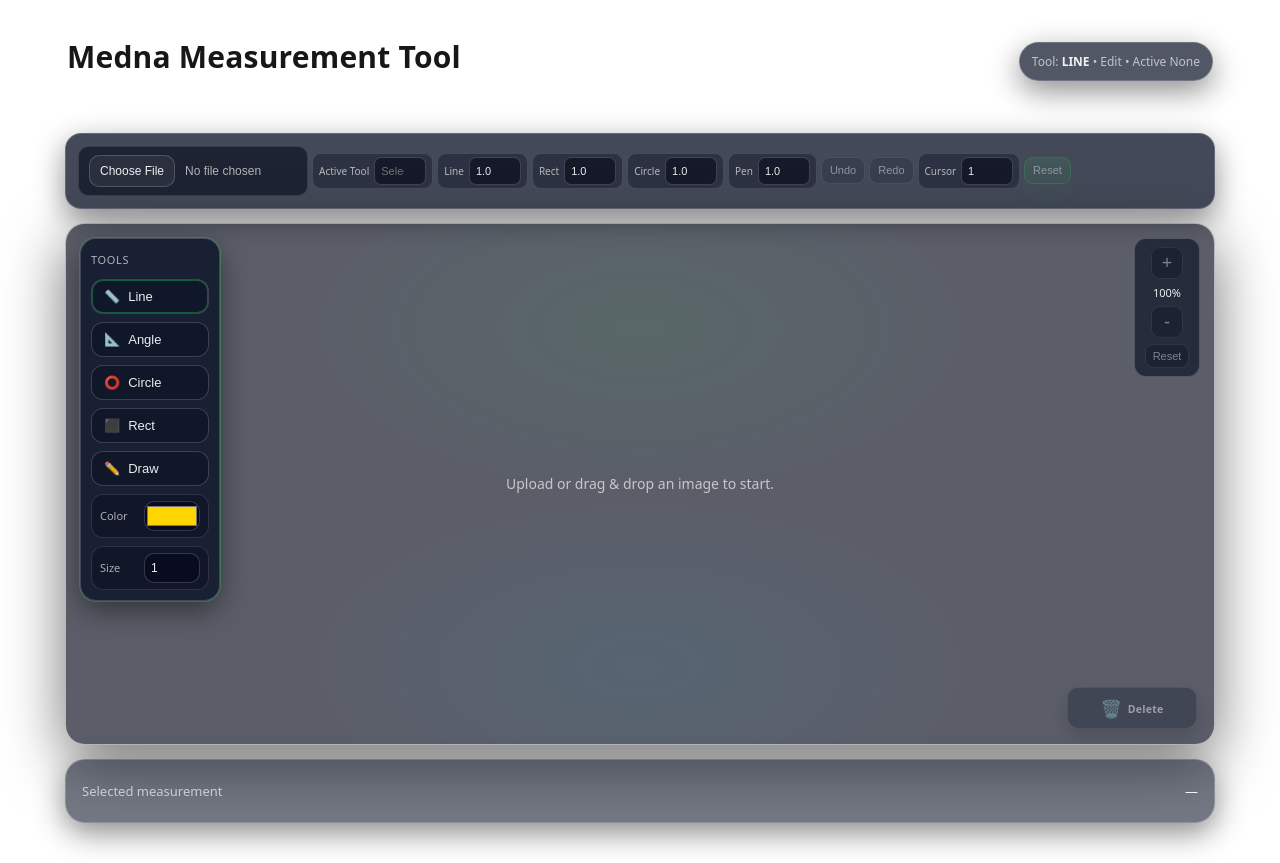
Repository: Sumaiya43/medna-tools
Page: /
The author's editor kept a copy of each file at every save. The page is drawn from the files as they stood at one save, then again after the next save.
The browser window is 1280 px wide. The pictures show the whole page.
The project was rebuilt for these pictures with package versions that can differ from the ones it lists, and the page was loaded fresh each time. The framework's server and built-in components were replaced by stand-ins that run in the browser. Also part of the build but not shown: next.config.mjs.

Above is the page before, as saved 2026-02-27 00:45:49.

### src/app/layout.js
import { Geist, Geist_Mono } from "next/font/google";
import "./globals.css";

const geistSans = Geist({
  variable: "--font-geist-sans",
  subsets: ["latin"],
});

const geistMono = Geist_Mono({
  variable: "--font-geist-mono",
  subsets: ["latin"],
});

export const metadata = {
  title: "Medna Medical Equipment",
  description:
    "Medna Medical Equipment is a leading provider of high-quality medical equipment and supplies. We offer a wide range of products to meet the needs of healthcare professionals and institutions. Our commitment to excellence and customer satisfaction sets us apart in the industry.",
};

export default function RootLayout({ children }) {
  return (
    <html lang="en">
      <body className={`${geistSans.variable} ${geistMono.variable}`}>
        {children}
      </body>
    </html>
  );
}

### src/app/globals.css
:root {
  --background: #ffffff;
  --foreground: #171717;
}

@media (prefers-color-scheme: dark) {
  :root {
    --background: #f2efef;
    --foreground: #090808;
  }
}

html,
body {
  max-width: 100vw;
  overflow-x: hidden;
}

body {
  color: var(--foreground);
  background: var(--background);
  font-family: Arial, Helvetica, sans-serif;
  -webkit-font-smoothing: antialiased;
  -moz-osx-font-smoothing: grayscale;
}

* {
  box-sizing: border-box;
  padding: 0;
  margin: 0;
}

a {
  color: inherit;
  text-decoration: none;
}

@media (prefers-color-scheme: dark) {
  html {
    color-scheme: dark;
  }
}

### src/app/page.module.css
/* page.module.css */

:root {
  --bg: #070b14;
  --panel: rgba(15, 23, 42, 0.78);
  --panel2: rgba(15, 23, 42, 0.58);
  --stroke: rgba(255, 255, 255, 0.12);
  --stroke2: rgba(255, 255, 255, 0.18);
  --text: rgba(255, 255, 255, 0.92);
  --muted: rgba(255, 255, 255, 0.65);
  --muted2: rgba(255, 255, 255, 0.5);
  --accent: #2bff5a;
  --accent2: #00d1ff;
  --shadow: 0 18px 60px rgba(0, 0, 0, 0.55);
  --shadow2: 0 10px 30px rgba(0, 0, 0, 0.45);
  --r12: 12px;
  --r16: 16px;
  --r20: 20px;
}

.main {
  min-height: 100vh;
  padding: 28px 18px 40px;
  /* background:
    radial-gradient(
      900px 500px at 70% 15%,
      rgba(0, 209, 255, 0.1),
      transparent 60%
    ),
    radial-gradient(
      900px 500px at 20% 0%,
      rgba(43, 255, 90, 0.1),
      transparent 55%
    ),
    linear-gradient(180deg, rgba(7, 11, 20, 1), rgba(7, 11, 20, 0.96));
  color: var(--text); */
  font-family:
    ui-sans-serif,
    system-ui,
    -apple-system,
    "Segoe UI",
    Roboto,
    Arial,
    "Noto Sans";
}

.header {
  max-width: 1150px;
  margin: 0 auto 18px;
  display: flex;
  align-items: flex-start;
  justify-content: space-between;
  gap: 12px;
  padding: 8px 2px;
}

.title {
  margin: 0;
  font-size: 30px;
  font-weight: 700;
  letter-spacing: 0.2px;
}

.subtitle {
  margin: 8px 0 0;
  font-size: 15px;
  color: var(--muted);
  line-height: 1.45;
}

.badge {
  padding: 10px 12px;
  margin-top: 6px;
  border-radius: 999px;
  background: rgba(15, 23, 42, 0.72);
  border: 1px solid var(--stroke2);
  box-shadow: var(--shadow2);
  font-size: 12px;
  color: var(--muted);
  white-space: nowrap;
}

.badge b {
  color: var(--text);
}

.measureBar {
  max-width: 1150px;
  margin: 0 auto 14px;
  display: grid;
  grid-auto-flow: column;
  grid-auto-columns: max-content;
  gap: 4px;
  align-items: center;
  padding: 12px;
  border-radius: var(--r16);
  background: var(--panel);
  border: 1px solid var(--stroke2);
  box-shadow: var(--shadow2);
  backdrop-filter: blur(8px);
  overflow-x: auto;
  overflow-y: hidden;
  white-space: nowrap;
}

.measureBar > * {
  flex: 0 0 auto;
}

.measureBar .spacer {
  display: none;
}

/* keep upload as-is; compress all other controls in the measure bar */
.measureBar .btnPrimary,
.measureBar .btnGhost {
  padding: 7px 8px;
  border-radius: 9px;
  font-size: 11px;
  gap: 5px;
  white-space: nowrap;
}

.measureBar .label {
  min-width: 0 !important;
  gap: 5px;
  font-size: 10px;
  padding: 3px 6px;
  border-radius: 9px;
  white-space: nowrap;
}

.measureBar .smallInput {
  height: 28px;
  width: 52px;
  padding: 0 6px;
  border-radius: 7px;
  font-size: 11px;
}

.toolRailOverlay {
  position: absolute;
  left: 14px;
  top: 14px;
  z-index: 4;
  border-radius: var(--r16);
  background: rgba(15, 23, 42, 0.86);
  border: 1px solid var(--stroke2);
  box-shadow: var(--shadow2);
  backdrop-filter: blur(8px);
  padding: 10px;
  display: flex;
  flex-direction: column;
  gap: 8px;
  transition: width 0.18s ease;
}

.toolRailExpanded {
  width: 140px;
}

.toolRailCollapsed {
  width: 66px;
}

.toolRailCollapsed .toolBtn {
  justify-content: center;
  padding-left: 0;
  padding-right: 0;
}

.toolRailPinned {
  box-shadow:
    0 0 0 1px rgba(43, 255, 90, 0.25),
    var(--shadow2);
}

.railHeader {
  display: flex;
  align-items: center;
  justify-content: space-between;
  gap: 8px;
}

.railTitle {
  font-size: 11px;
  color: var(--muted);
  text-transform: uppercase;
  letter-spacing: 0.06em;
}

.railActions {
  display: flex;
  gap: 4px;
  opacity: 0;
  transform: translateY(-3px);
  pointer-events: none;
  transition:
    opacity 0.14s ease,
    transform 0.14s ease;
}

.toolRailOverlay:hover .railActions,
.toolRailOverlay:focus-within .railActions {
  opacity: 1;
  transform: translateY(0);
  pointer-events: auto;
}

.railBtn {
  width: 22px;
  height: 22px;
  border-radius: 8px;
  border: 1px solid var(--stroke2);
  background: rgba(2, 6, 23, 0.55);
  color: var(--text);
  font-size: 11px;
  cursor: pointer;
}

.railBtnActive {
  border-color: rgba(43, 255, 90, 0.6);
  background: rgba(43, 255, 90, 0.14);
}

.railBtnDanger {
  border-color: rgba(239, 68, 68, 0.6);
  background: rgba(127, 29, 29, 0.45);
  color: rgba(255, 226, 226, 0.98);
}

.railBtnDanger:hover {
  background: rgba(239, 68, 68, 0.24);
  border-color: rgba(248, 113, 113, 0.9);
}

.railExpandBtn {
  transition: transform 0.16s ease;
}

.railExpandOpen {
  transform: rotate(90deg);
}

.railShowBtn {
  position: absolute;
  top: 14px;
  left: 14px;
  z-index: 4;
  border-radius: 10px;
  border: 1px solid var(--stroke2);
  background: rgba(15, 23, 42, 0.84);
  color: var(--text);
  font-size: 12px;
  padding: 8px 10px;
  cursor: pointer;
}

.toolRailOverlay .label {
  width: 100%;
  justify-content: space-between;
  font-size: 11px;
  gap: 6px;
  padding: 6px 8px;
}

.toolRailOverlay .smallInput {
  min-width: 56px;
  width: 56px;
  height: 30px;
  padding: 0 6px;
  font-size: 12px;
}

.toolBtn {
  width: 100%;
  justify-content: flex-start;
}

.toolBtnActive {
  border-color: rgba(43, 255, 90, 0.65);
  background: rgba(43, 255, 90, 0.14);
  box-shadow: inset 0 0 0 1px rgba(43, 255, 90, 0.3);
}

.upload {
  max-width: 230px;
  color: var(--muted);
  font-size: 12px;
  padding: 8px 10px;
  border-radius: 10px;
  background: rgba(2, 6, 23, 0.55);
  border: 1px solid var(--stroke);
  outline: none;
}

.upload::file-selector-button {
  border: 1px solid var(--stroke2);
  background: rgba(255, 255, 255, 0.06);
  color: var(--text);
  padding: 8px 10px;
  border-radius: 10px;
  margin-right: 10px;
  cursor: pointer;
  transition:
    transform 0.12s ease,
    background 0.12s ease,
    border-color 0.12s ease;
}

.upload::file-selector-button:hover {
  background: rgba(255, 255, 255, 0.1);
  border-color: rgba(255, 255, 255, 0.25);
  transform: translateY(-1px);
}

.spacer {
  flex: 1;
}

.btnPrimary,
.btnGhost {
  border-radius: 12px;
  padding: 10px 12px;
  font-size: 13px;
  cursor: pointer;
  user-select: none;
  transition:
    transform 0.12s ease,
    background 0.12s ease,
    border-color 0.12s ease,
    box-shadow 0.12s ease;
  display: inline-flex;
  align-items: center;
  gap: 8px;
  line-height: 1;
  white-space: nowrap;
}

.btnPrimary {
  border: 1px solid rgba(43, 255, 90, 0.35);
  background: linear-gradient(
    180deg,
    rgba(43, 255, 90, 0.2),
    rgba(43, 255, 90, 0.1)
  );
  color: var(--text);
  box-shadow: 0 10px 28px rgba(43, 255, 90, 0.1);
}

.btnPrimary:hover {
  transform: translateY(-1px);
  border-color: rgba(43, 255, 90, 0.55);
  box-shadow: 0 14px 34px rgba(43, 255, 90, 0.16);
}

.btnGhost {
  border: 1px solid var(--stroke2);
  background: rgba(2, 6, 23, 0.35);
  color: var(--text);
}

.btnGhost:hover {
  transform: translateY(-1px);
  background: rgba(255, 255, 255, 0.06);
  border-color: rgba(255, 255, 255, 0.28);
}

.btnPrimary:disabled,
.btnGhost:disabled {
  opacity: 0.45;
  cursor: not-allowed;
  transform: none;
}

.label {
  display: inline-flex;
  min-width: 0 !important;
  align-items: center;
  gap: 8px;
  font-size: 12px;
  color: var(--muted);
  padding: 6px 10px;
  border-radius: 12px;
  background: rgba(2, 6, 23, 0.32);
  border: 1px solid var(--stroke);
}

.smallInput {
  height: 34px;
  padding: 0 10px;
  border-radius: 10px;
  border: 1px solid var(--stroke2);
  background: rgba(2, 6, 23, 0.55);
  color: var(--text);
  outline: none;
  font-size: 13px;
}

.smallInput:focus {
  border-color: rgba(43, 255, 90, 0.45);
  box-shadow: 0 0 0 4px rgba(43, 255, 90, 0.08);
}

.smallInput[type="color"] {
  padding: 0;
  width: 44px;
  /* min-width: 44px; */
}

.label input[type="checkbox"] {
  width: 18px;
  height: 18px;
  accent-color: var(--accent);
}

.canvasShell {
  max-width: 1150px;
  margin: 0 auto 14px;
  border-radius: var(--r20);
  overflow: hidden;
  border: 1px solid var(--stroke2);
  background: rgba(2, 6, 23, 0.35);
  box-shadow: var(--shadow);
  position: relative;
}

.canvas {
  width: 100%;
  height: 520px;
  display: block;
  cursor:
    url("data:[embedded picture, 352 characters]")
      14 14,
    crosshair;
  background: transparent;
}

.empty {
  position: absolute;
  inset: 0;
  display: grid;
  place-items: center;
  text-align: center;
  color: var(--muted);
  font-size: 14px;
  padding: 18px;
  background:
    radial-gradient(
      600px 300px at 50% 20%,
      rgba(43, 255, 90, 0.06),
      transparent 55%
    ),
    radial-gradient(
      600px 300px at 50% 85%,
      rgba(0, 209, 255, 0.06),
      transparent 55%
    ),
    rgba(2, 6, 23, 0.45);
}

.zoomColumn {
  position: absolute;
  top: 14px;
  right: 14px;
  z-index: 4;
  display: flex;
  flex-direction: column;
  align-items: center;
  gap: 6px;
  padding: 8px;
  border-radius: 12px;
  background: rgba(15, 23, 42, 0.7);
  border: 1px solid rgba(255, 255, 255, 0.2);
  backdrop-filter: blur(8px);
}

.zoomBtn,
.zoomResetBtn {
  border: 1px solid var(--stroke2);
  background: rgba(2, 6, 23, 0.55);
  color: var(--text);
  cursor: pointer;
}

.zoomBtn {
  width: 32px;
  height: 32px;
  border-radius: 9px;
  font-size: 18px;
  line-height: 1;
}

.zoomResetBtn {
  border-radius: 8px;
  padding: 5px 7px;
  font-size: 11px;
}

.zoomValue {
  min-width: 48px;
  text-align: center;
  font-size: 11px;
  color: var(--text);
}

.zoomBtn:disabled,
.zoomResetBtn:disabled {
  opacity: 0.45;
  cursor: not-allowed;
}

.dropHint {
  position: absolute;
  inset: 0;
  display: grid;
  place-items: center;
  background: rgba(7, 11, 20, 0.58);
  border: 2px dashed rgba(255, 255, 255, 0.35);
  color: rgba(255, 255, 255, 0.95);
  font-size: 16px;
  font-weight: 600;
  letter-spacing: 0.02em;
}

.trashBin {
  position: absolute;
  right: 14px;
  bottom: 14px;
  transform: scale(0.96);
  min-width: 136px;
  height: 44px;
  padding: 0 12px;
  border-radius: 12px;
  border: 1px solid rgba(255, 255, 255, 0.18);
  background: rgba(15, 23, 42, 0.62);
  box-shadow: 0 8px 18px rgba(0, 0, 0, 0.28);
  color: rgba(255, 255, 255, 0.82);
  display: flex;
  align-items: center;
  justify-content: center;
  gap: 6px;
  pointer-events: none;
  opacity: 0.52;
  transition:
    transform 0.16s ease,
    opacity 0.16s ease,
    border-color 0.16s ease,
    background 0.16s ease;
  z-index: 3;
}

.trashBinActive {
  opacity: 0.86;
  transform: scale(1);
  border-color: rgba(239, 68, 68, 0.45);
  animation: trashPulse 1.4s ease-in-out infinite;
}

.trashBinHot {
  background: rgba(239, 68, 68, 0.78);
  border-color: rgba(255, 255, 255, 0.72);
  box-shadow: 0 12px 26px rgba(239, 68, 68, 0.24);
}

.trashIcon {
  font-size: 18px;
  line-height: 1;
}

.trashBinActive .trashIcon {
  animation: trashWiggle 0.55s ease-in-out infinite;
}

.trashText {
  font-size: 11px;
  font-weight: 600;
  letter-spacing: 0.02em;
}

@keyframes trashPulse {
  0% {
    box-shadow: 0 8px 18px rgba(0, 0, 0, 0.28);
  }
  50% {
    box-shadow: 0 10px 22px rgba(239, 68, 68, 0.2);
  }
  100% {
    box-shadow: 0 8px 18px rgba(0, 0, 0, 0.28);
  }
}

@keyframes trashWiggle {
  0% {
    transform: rotate(0deg);
  }
  25% {
    transform: rotate(-10deg);
  }
  50% {
    transform: rotate(10deg);
  }
  75% {
    transform: rotate(-8deg);
  }
  100% {
    transform: rotate(0deg);
  }
}

.panel {
  max-width: 1150px;
  margin: 0 auto;
  padding: 14px;
  border-radius: var(--r20);
  background: var(--panel2);
  border: 1px solid var(--stroke2);
  box-shadow: var(--shadow2);
  backdrop-filter: blur(8px);
}

.panelRow {
  display: flex;
  justify-content: space-between;
  gap: 12px;
  padding: 8px 2px;
}

.k {
  color: var(--muted);
  font-size: 13px;
}

.v {
  color: var(--text);
  font-size: 13px;
}

.divider {
  height: 1px;
  background: var(--stroke);
  margin: 10px 0 12px;
}

.panelGrid {
  display: grid;
  grid-template-columns: repeat(3, minmax(0, 1fr));
  gap: 12px;
}

.card {
  border-radius: var(--r16);
  padding: 12px;
  background: rgba(2, 6, 23, 0.35);
  border: 1px solid var(--stroke2);
}

.cardLabel {
  color: var(--muted);
  font-size: 12px;
}

.cardValue {
  margin-top: 6px;
  font-size: 18px;
  font-weight: 700;
  letter-spacing: 0.2px;
}

.cardSub {
  margin-top: 6px;
  color: var(--muted2);
  font-size: 12px;
  line-height: 1.35;
}

@media (max-width: 820px) {
  .toolRailOverlay {
    left: 10px;
    top: 10px;
  }

  .toolRailExpanded {
    width: 140px;
  }

  .canvas {
    height: 430px;
  }

  .panelGrid {
    grid-template-columns: 1fr;
  }

  .badge {
    display: none;
  }
}

Loaded but not shown: src/app/page.js (1848 lines, source omitted)

After the next save:
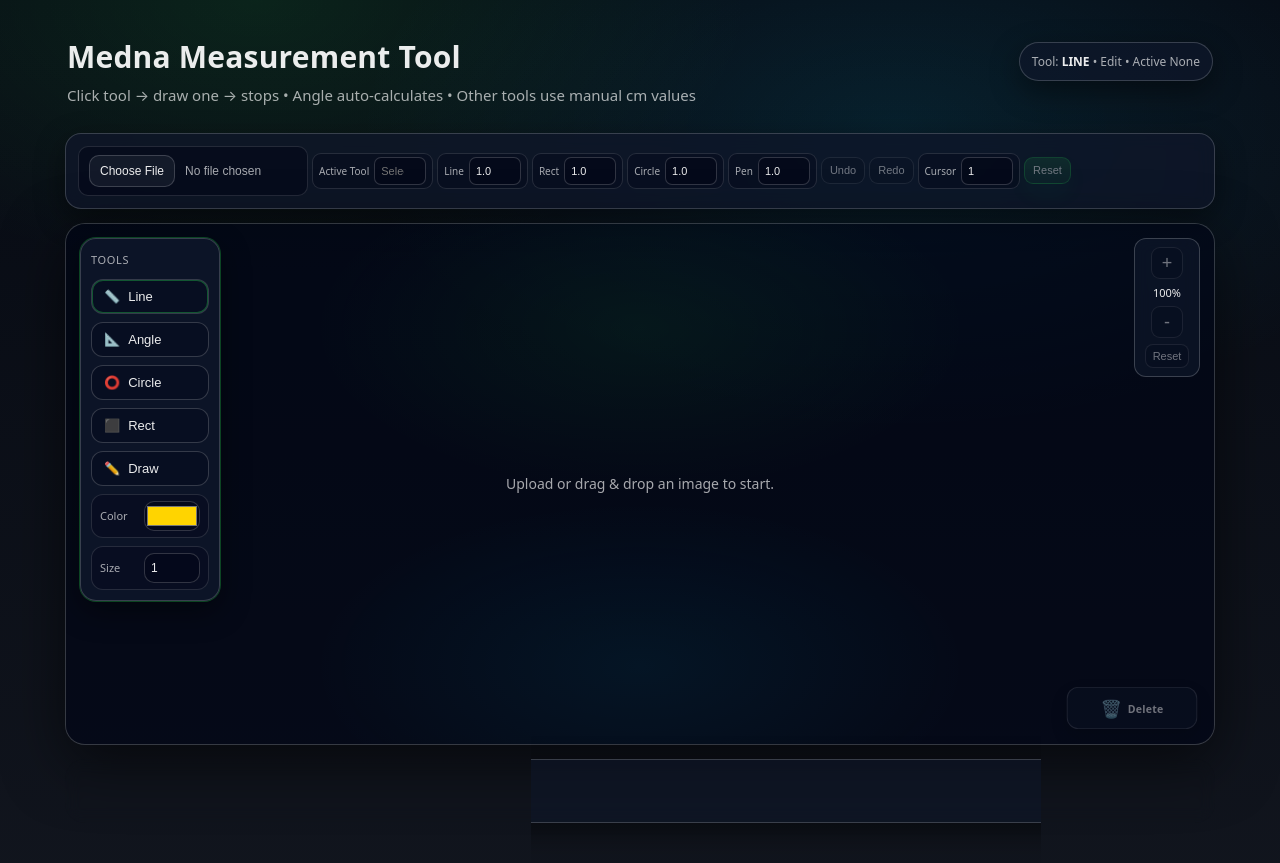
Saved 12 s later.
--- a/src/app/page.module.css
+++ b/src/app/page.module.css
@@ -21,7 +21,7 @@
 .main {
   min-height: 100vh;
   padding: 28px 18px 40px;
-  /* background:
+  background:
     radial-gradient(
       900px 500px at 70% 15%,
       rgba(0, 209, 255, 0.1),
@@ -33,7 +33,7 @@
       transparent 55%
     ),
     linear-gradient(180deg, rgba(7, 11, 20, 1), rgba(7, 11, 20, 0.96));
-  color: var(--text); */
+  color: var(--text);
   font-family:
     ui-sans-serif,
     system-ui,
